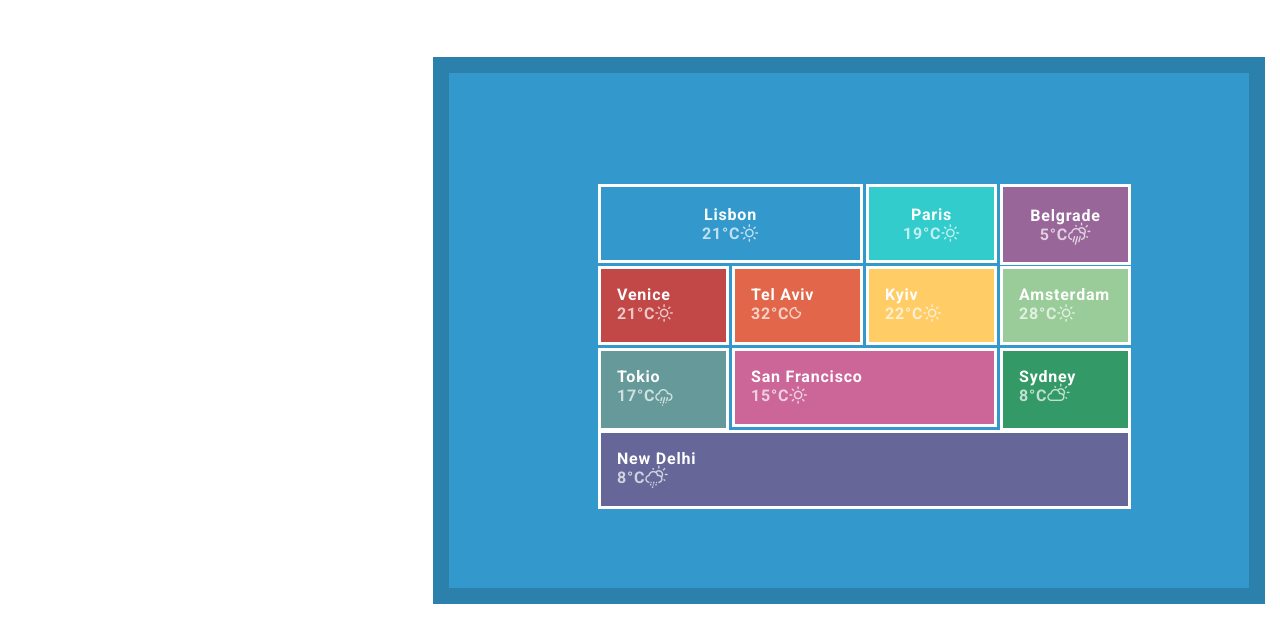
Repository: shpakovskaya/github.io
Page: boxsizing/weatherforecast/index.html
These files come from the project's save history. The page is drawn as it stood at one moment and after the next save; the edit follows.
The browser window is 1280 px wide. The pictures show the whole page.

Above is the page before, as saved 2021-11-27 23:49:13.

### boxsizing/weatherforecast/index.html
<!DOCTYPE html>
<html lang="en">
  <head>
    <meta charset="UTF-8" />
    <meta http-equiv="X-UA-Compatible" content="IE=edge" />
    <meta name="viewport" content="width=device-width, initial-scale=1.0" />
    <link
      rel="stylesheet"
      href="https://cdnjs.cloudflare.com/ajax/libs/normalize/8.0.1/normalize.min.css"
      integrity="sha512-NhSC1YmyruXifcj/KFRWoC561YpHpc5Jtzgvbuzx5VozKpWvQ+4nXhPdFgmx8xqexRcpAglTj9sIBWINXa8x5w=="
      crossorigin="anonymous"
      referrerpolicy="no-referrer"
    />
    <link
      rel="stylesheet"
      href="./icons/weather-icons-master/css/weather-icons.min.css"
    />
    <link rel="stylesheet" href="./style.css" />

    <link
      rel="shortcut icon"
      href="./premium-icon-satellite-6129641.ico"
      type="image/x-icon"
    />
    <link rel="preconnect" href="https://fonts.googleapis.com" />
    <link rel="preconnect" href="https://fonts.gstatic.com" crossorigin />
    <link
      href="https://fonts.googleapis.com/css2?family=PT+Sans&family=Roboto:wght@700&display=swap"
      rel="stylesheet"
    />
    <title>Weatherforecast</title>
  </head>
  <body>
    <div class="conteiner">
      <!-- Main content -->
      <div class="items__wrapper">
        <ul class="c-items__wrapper">
          <li class="e-item__1">
            Lisbon <br /><span>21&degC<i class="wi wi-day-sunny"></i></span>
          </li>
          <li class="e-item__2">
            Paris <br /><span>19&degC<i class="wi wi-day-sunny"></i></span>
          </li>
          <li class="e-item__3">
            Belgrade <br /><span>5&degC<i class="wi wi-day-rain"></i></span>
          </li>
          <li class="e-item__4">
            Venice <br /><span>21&degC<i class="wi wi-day-sunny"></i></span>
          </li>
          <li class="e-item__5">
            Tel Aviv <br /><span>32&degC<i class="wi wi-night-clear"></i></span>
          </li>
          <li class="e-item__6">
            Kyiv <br /><span>22&degC<i class="wi wi-day-sunny"></i> </span>
          </li>
          <li class="e-item__7">
            Amsterdam <br /><span>28&degC<i class="wi wi-day-sunny"></i></span>
          </li>
          <li class="e-item__8">
            Tokio <br /><span>17&degC<i class="wi wi-hail"></i></span>
          </li>
          <li class="e-item__9">
            San Francisco <br /><span
              >15&degC<i class="wi wi-day-sunny"></i
            ></span>
          </li>
          <li class="e-item__10">
            Sydney <br /><span>8&degC<i class="wi wi-day-cloudy"></i> </span>
          </li>
          <li class="e-item__11">
            New Delhi <br /><span>8&degC<i class="wi wi-day-sleet"></i></span>
          </li>
        </ul>
      </div>
    </div>
  </body>
</html>

### boxsizing/weatherforecast/style.css
* {
  box-sizing: border-box;
  margin: 0;
  padding: 0;
}

.conteiner {
  width: 832px;
  height: 547px;
  position: relative;
  top: 57px;
  left: 433px;
  border: 16px solid #2b81ac;
  background-color: #3399cc;
}

.items__wrapper {
  /* position: absolute;
  width: 539px;
  height: 331px;
  left: 140px;
  top: 100px;
  border: 3px solid #ffffff; */
  transition: all 0.1s ease-in;
  color: #ffffff;
}

li {
  list-style: none;
  padding: 16px;
  font-size: 16px;
  font-family: "Roboto", sans-serif;
  line-height: 19px;
  letter-spacing: 0.05em;
}

span {
  opacity: 0.7;
}

.c-items__wrapper {
  display: inline-block;
  font-size: 0px;
  display: flex;
  flex-direction: column;
  justify-content: center;
}

.e-item__1 {
  display: flex;
  flex-direction: column;
  justify-content: center;
  align-items: center;
  position: absolute;
  /* padding-left: 98px; */
  width: 265px;
  height: 79px;
  left: 149px;
  top: 111px;
  border: 3px solid #ffffff;
  /* display: inline-flex; */
  /* justify-content: center; */
}

.e-item__2 {
  position: absolute;
  display: flex;
  flex-direction: column;
  justify-content: center;
  align-items: center;
  width: 131px;
  height: 79px;
  left: 417px;
  top: 111px;
  border: 3px solid #ffffff;
  background: #33cccc;
}

.e-item__3 {
  display: flex;
  flex-direction: column;
  justify-content: center;
  align-items: center;
  position: absolute;
  width: 131px;
  height: 81px;
  left: 551px;
  top: 111px;
  background: #996699;
  border: 3px solid #ffffff;
}

.e-item__4 {
  position: absolute;
  width: 131px;
  height: 79px;
  left: 149px;
  top: 193px;
  background: #c24747;
  border: 3px solid #ffffff;
}

.e-item__5 {
  position: absolute;
  width: 131px;
  height: 79px;
  left: 283px;
  top: 193px;
  background: #e2674a;
  border: 3px solid #ffffff;
}

.e-item__6 {
  position: absolute;
  width: 131px;
  height: 79px;
  left: 417px;
  top: 193px;
  background: #ffcc66;
  border: 3px solid #ffffff;
}

.e-item__7 {
  position: absolute;
  width: 131px;
  height: 79px;
  left: 551px;
  top: 193px;
  background: #99cc99;
  border: 3px solid #ffffff;
}

.e-item__8 {
  position: absolute;
  width: 131px;
  height: 83px;
  left: 149px;
  top: 275px;
  background: #669999;
  border: 3px solid #ffffff;
}

.e-item__9 {
  position: absolute;
  width: 265px;
  height: 79px;
  left: 283px;
  top: 275px;
  background: #cc6699;
  border: 3px solid #ffffff;
}

.e-item__10 {
  position: absolute;
  width: 131px;
  height: 83px;
  left: 551px;
  top: 275px;
  background: #339966;
  border: 3px solid #ffffff;
}

.e-item__11 {
  position: absolute;
  width: 533px;
  height: 79px;
  left: 149px;
  top: 357px;
  background: #666699;
  border: 3px solid #ffffff;
}

Loaded but not shown: boxsizing/weatherforecast/icons/weather-icons-master/css/weather-icons.min.css (library)

After the next save:
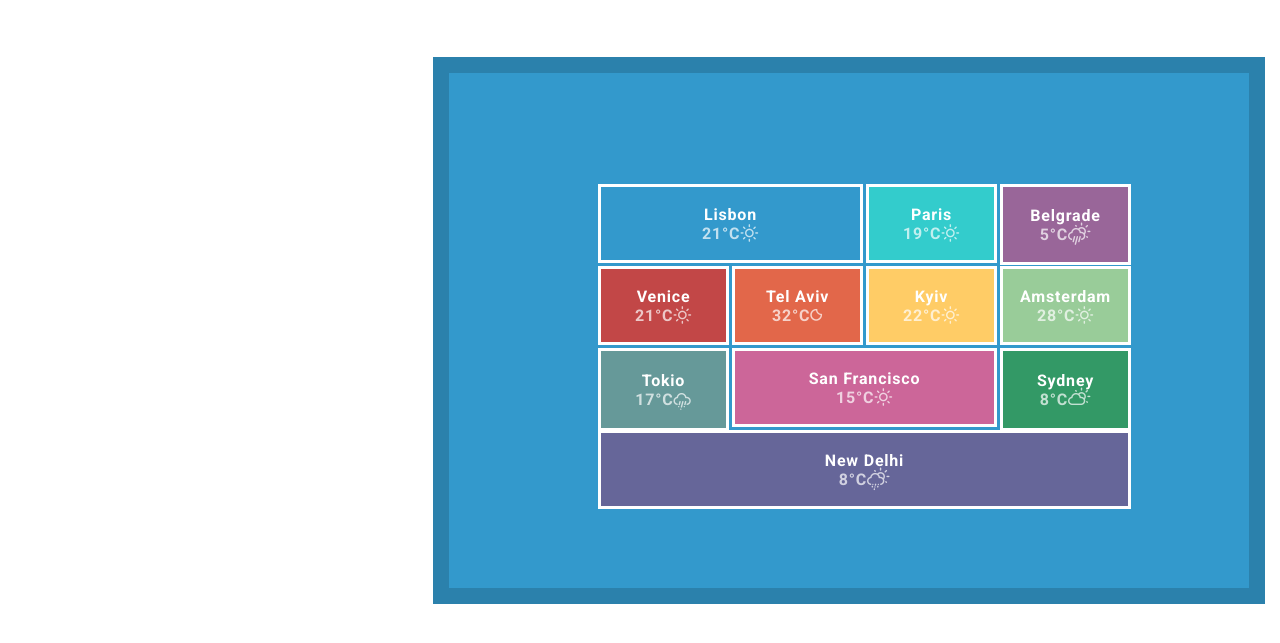
Saved 55 s later.
--- a/boxsizing/weatherforecast/style.css
+++ b/boxsizing/weatherforecast/style.css
@@ -91,6 +91,10 @@ span {
 }
 
 .e-item__4 {
+  display: flex;
+  flex-direction: column;
+  justify-content: center;
+  align-items: center;
   position: absolute;
   width: 131px;
   height: 79px;
@@ -101,6 +105,10 @@ span {
 }
 
 .e-item__5 {
+  display: flex;
+  flex-direction: column;
+  justify-content: center;
+  align-items: center;
   position: absolute;
   width: 131px;
   height: 79px;
@@ -111,6 +119,10 @@ span {
 }
 
 .e-item__6 {
+  display: flex;
+  flex-direction: column;
+  justify-content: center;
+  align-items: center;
   position: absolute;
   width: 131px;
   height: 79px;
@@ -121,6 +133,10 @@ span {
 }
 
 .e-item__7 {
+  display: flex;
+  flex-direction: column;
+  justify-content: center;
+  align-items: center;
   position: absolute;
   width: 131px;
   height: 79px;
@@ -131,6 +147,10 @@ span {
 }
 
 .e-item__8 {
+  display: flex;
+  flex-direction: column;
+  justify-content: center;
+  align-items: center;
   position: absolute;
   width: 131px;
   height: 83px;
@@ -141,6 +161,10 @@ span {
 }
 
 .e-item__9 {
+  display: flex;
+  flex-direction: column;
+  justify-content: center;
+  align-items: center;
   position: absolute;
   width: 265px;
   height: 79px;
@@ -151,6 +175,10 @@ span {
 }
 
 .e-item__10 {
+  display: flex;
+  flex-direction: column;
+  justify-content: center;
+  align-items: center;
   position: absolute;
   width: 131px;
   height: 83px;
@@ -161,6 +189,10 @@ span {
 }
 
 .e-item__11 {
+  display: flex;
+  flex-direction: column;
+  justify-content: center;
+  align-items: center;
   position: absolute;
   width: 533px;
   height: 79px;
